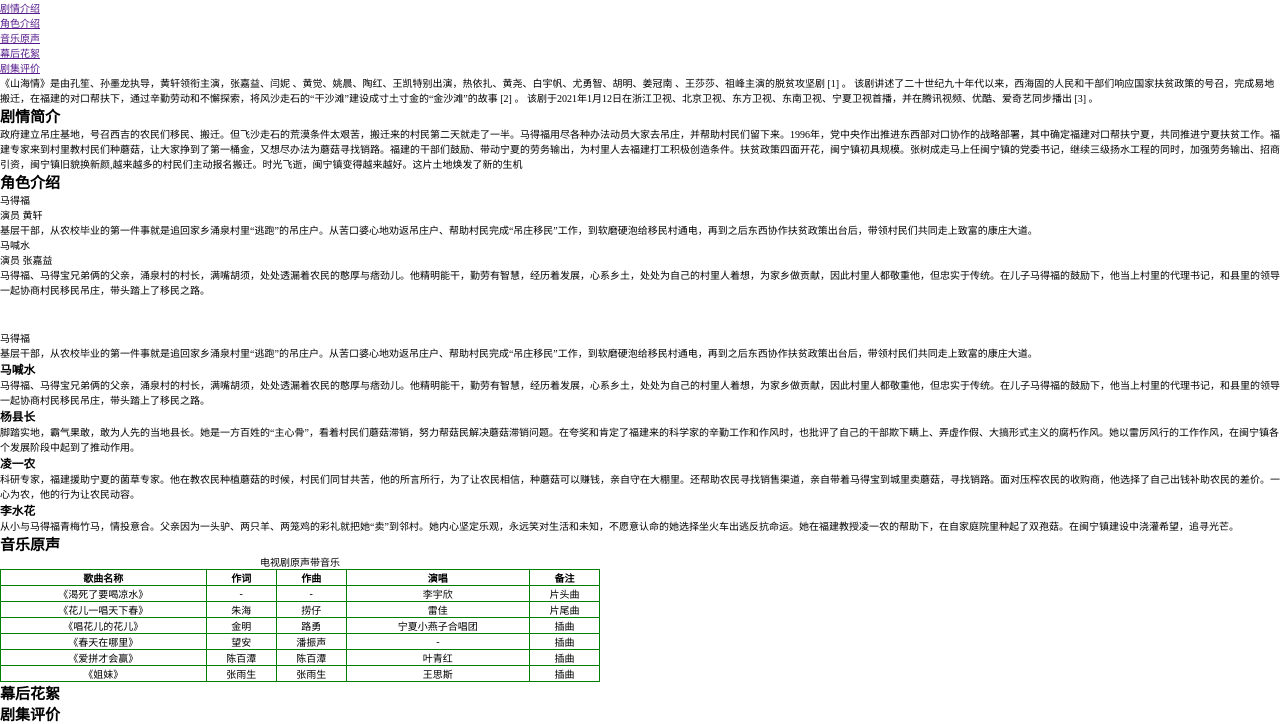
Repository: Lixianlai-2/static-website
Page: index.html
These files come from the project's save history. The page is drawn as it stood at one moment and after the next save; the edit follows.
The browser window is 1280 px wide. The pictures show the whole page.

Above is the page before, as saved 2021-11-30 20:19:30.

After the next save:
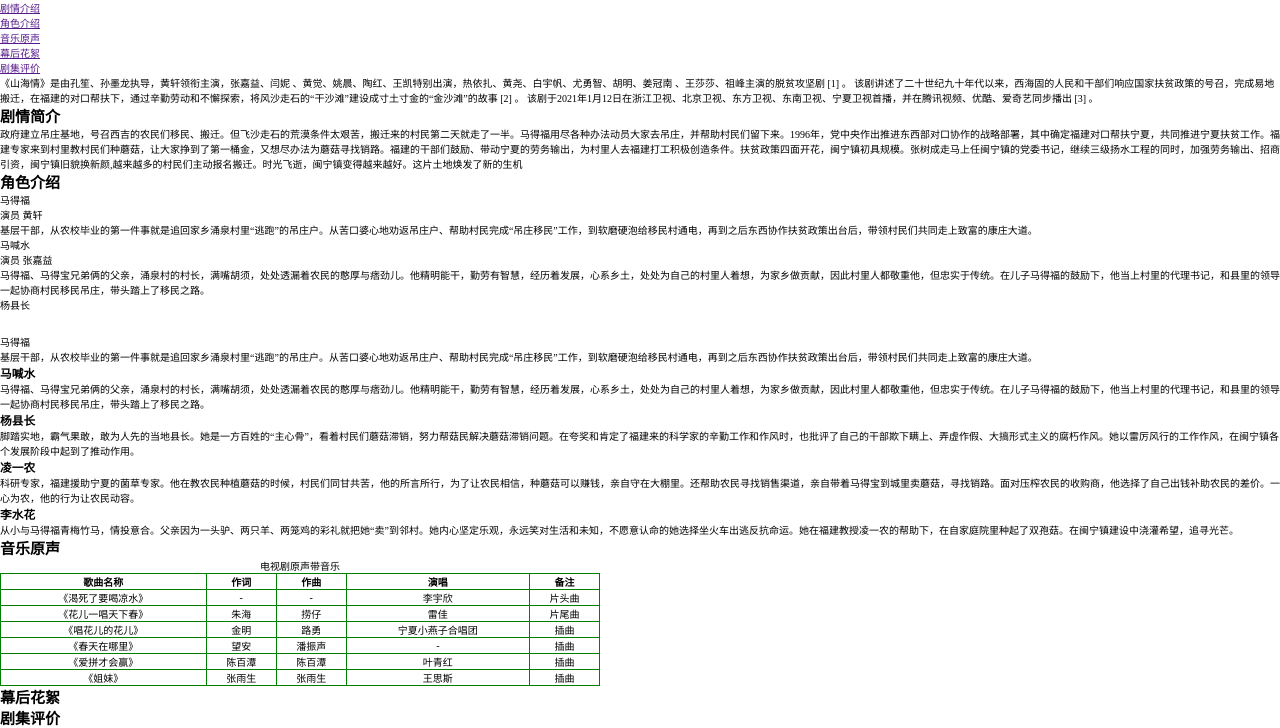
Saved 8 s later.
--- a/index.html
+++ b/index.html
@@ -110,7 +110,7 @@
         <dl>
           <dt>
             <div class="role-name">
-              <span class="item-value"></span>
+              <span class="item-value">杨县长</span>
               <div class="role-actor">
                 <span class="item-key"></span><span class="item-value"></span>
                 <dl></dl>
